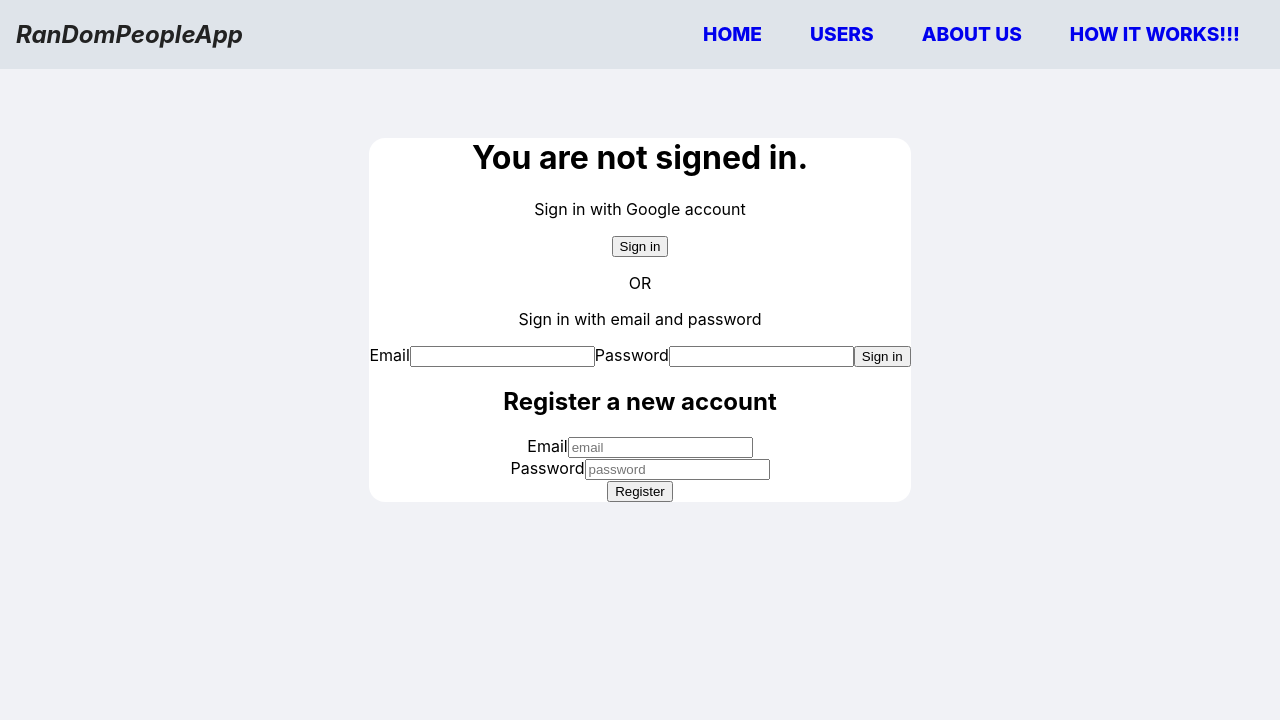
Repository: MikkyPrestige/RandomProfiles
Page: /profile
An editor plug-in stored every save of this project. The page is shown before and after the next save, followed by the edit.
The browser window is 1280 px wide. The pictures show the whole page.
The project was rebuilt for these pictures with package versions that can differ from the ones it lists, and the page was loaded fresh each time. Also part of the build but not shown: src/assets/styles/home.css, src/components/avatar.jsx, src/components/home.jsx, src/assets/styles/users.css, src/components/users.jsx, src/assets/styles/search.css, src/components/search.jsx, src/assets/styles/help.css and 6 more.

Above is the page before, as saved 2022-11-30 02:41:29.

### public/index.html
<!DOCTYPE html>
<html lang="en">

<head>
  <meta charset="utf-8" />
  <link rel="icon" href="%PUBLIC_URL%/favicon.ico" />
  <meta name="viewport" content="width=device-width, initial-scale=1" />
  <meta name="theme-color" content="#000000" />
  <meta name="description" content="Web site created using create-react-app" />
  <link rel="apple-touch-icon" href="%PUBLIC_URL%/logo192.png" />
  <!--
      manifest.json provides metadata used when your web app is installed on a
      user's mobile device or desktop. See https://developers.google.com/web/fundamentals/web-app-manifest/
    -->
  <link rel="manifest" href="%PUBLIC_URL%/manifest.json" />
  <!--
      Notice the use of %PUBLIC_URL% in the tags above.
      It will be replaced with the URL of the `public` folder during the build.
      Only files inside the `public` folder can be referenced from the HTML.

      Unlike "/favicon.ico" or "favicon.ico", "%PUBLIC_URL%/favicon.ico" will
      work correctly both with client-side routing and a non-root public URL.
      Learn how to configure a non-root public URL by running `npm run build`.
    -->
  <title>AltSchool Assignment 2</title>
</head>

<body>
  <noscript>You need to enable JavaScript to run this app.</noscript>
  <div id="root"></div>
  <!--
      This HTML file is a template.
      If you open it directly in the browser, you will see an empty page.

      You can add webfonts, meta tags, or analytics to this file.
      The build step will place the bundled scripts into the <body> tag.

      To begin the development, run `npm start` or `yarn start`.
      To create a production bundle, use `npm run build` or `yarn build`.
    -->
</body>

</html>

### src/index.css
body {
  margin: 0;
  font-family: -apple-system, BlinkMacSystemFont, 'Segoe UI', 'Roboto', 'Oxygen',
    'Ubuntu', 'Cantarell', 'Fira Sans', 'Droid Sans', 'Helvetica Neue',
    sans-serif;
  -webkit-font-smoothing: antialiased;
  -moz-osx-font-smoothing: grayscale;
  background-color: #f1f2f6;
}

code {
  font-family: source-code-pro, Menlo, Monaco, Consolas, 'Courier New',
    monospace;
}

### src/App.jsx
import * as React from "react";
import { ErrorBoundary } from "react-error-boundary";
import { Route, Routes } from "react-router-dom";
import {
  Layout,
  Home,
  Users,
  Search,
  Help,
  About,
  Error,
  ErrorFallBack,
  Profile,
  // Footer,
} from "./components";

const App = () => {
  return (
    <div className="App">
      <main>
        <ErrorBoundary FallbackComponent={ErrorFallBack}>
          <Layout />
          <Routes>
            <Route path="/" element={<Home />} />
            <Route path="users">
              <Route index element={<Users />} />
              <Route path=":id" element={<Search />} />
            </Route>
            <Route path="profile" element={<Profile />} />
            <Route path="help" element={<Help />} />
            <Route path="about" element={<About />} />
            <Route path="*" element={<Error />} />
          </Routes>
        </ErrorBoundary>
        {/* <Footer /> */}
      </main>
    </div>
  );
};

export default App;

### src/components/index.js
export { default as Layout } from "./layout";
export { default as Home } from "./home";
export { default as Users } from "./users";
export { default as Search } from "./search";
export { default as Help } from "./help";
export { default as About } from "./about";
export { default as Error } from "./error";
export { default as ErrorFallBack } from "./errorFallback";
export { default as Profile } from "./profile";
export { Footer } from "./avatar";

### src/components/layout.jsx
// LAYOUT COMPONENT - This component is for the App Layout that displays the Navigation bar in the app UI to the user when app is open

import { NavLink } from "react-router-dom";
import "../assets/styles/layout.css";

const CustomNavLink = ({ to, ...props }) => {
  let activeStyle = {
    textDecoration: 'underline',
    color: 'red',
  };

  return (
    <NavLink
      style={({ isActive }) =>
        isActive ? activeStyle : { textDecoration: 'none' }
      }
      to={to}
      end
      {...props}
    />
  );
};


const Layout = () => {

  return (
    <nav className="layout">
      <div className="app-header">
        <h1>RanDomPeopleApp</h1>
      </div>
      <div className="nav__items">
        <CustomNavLink to="/" className="nav__item">Home</CustomNavLink>
        <CustomNavLink to="users" className="nav__item">Users</CustomNavLink>
        <CustomNavLink to="about" className="nav__item">About us</CustomNavLink>
        <CustomNavLink to="help" className="nav__item">How it works!!!</CustomNavLink>
      </div>
    </nav>
  );
}

export default Layout;

### src/components/profile.jsx
import {
  signInWithRedirect,
  auth,
  provider,
  getRedirectResult,
  onAuthStateChanged,
  createUserWithEmailAndPassword,
  signInWithEmailAndPassword,
  signOut,
  deleteUser,
} from "../config";
import { useEffect, useState } from "react";
import { Avatar } from "./avatar";
import "../assets/styles/profile.css";

const Profile = () => {
  const [user, setUser] = useState(null);
  const [signedIn, setSignedIn] = useState(false);
  const [email, setEmail] = useState("");
  const [password, setPassword] = useState("");
  const [error, setError] = useState(null);

  // handle register form
  const handleRegister = (e) => {
    e.preventDefault();
    createUserWithEmailAndPassword(auth, email, password)
      .then(() => {
        // Signed in
        console.log("User account created & signed in!");
      })
      .catch((error) => {
        if (error.code === "auth/email-already-in-use") {
          setError("This email address is already in use!");
        }
        if (error.code === "auth/invalid-email") {
          setError("This email address is invalid!");
        }
        console.error(error);
      });
  };

  // sign in with email and password
  const handleSignIn = (e) => {
    e.preventDefault();
    signInWithEmailAndPassword(auth, email, password)
      .then(() => {
        console.log("User signed in!");
      })
      .catch((error) => {
        if (error.code === "auth/wrong-password") {
          setError("Wrong password!");
        }
        if (error.code === "auth/user-not-found") {
          setError("User not found!");
        }
        console.error(error);
      });
  };

  // handle onchange
  const handleChange = (e) => {
    const { name, value } = e.target;
    if (name === "email") {
      setEmail(value);
    }
    if (name === "password") {
      setPassword(value);
    }
  };

  // handle sign In
  const signIn = (e) => {
    e.preventDefault();
    signInWithRedirect(auth, provider);
  };

  // handle sign out
  const handleSignOut = (e) => {
    e.preventDefault();
    signOut(auth)
      .then(() => {
        console.log("User signed out!");
      })
      .catch((error) => {
        console.error(error);
      });
  };

  // handle delete user
  const handleDelete = (e) => {
    e.preventDefault();
    deleteUser(auth.currentUser)
      .then(() => {
        console.log("User deleted!");
      })
      .catch((error) => {
        console.error(error);
      });
  };

  // Get redirect result
  useEffect(() => {
    getRedirectResult(auth)
      .then((result) => {
        if (result) {
          setSignedIn(true);
          // navigate("/users");
        } else {
          // console.log("No user");
        }
      })
      .catch((error) => {
        console.log(error);
      });
  }, []);

  // Check auth state
  useEffect(() => {
    onAuthStateChanged(auth, (user) => {
      if (user) {
        // destructure user
        const { displayName, photoURL, email, phoneNumber } = user;
        // set user state
        setUser({ displayName, photoURL, email, phoneNumber });
        // navigate("/users");
      } else {
        setUser(null);
      }
    });
  }, []);

  return (
    <div className="profile">
      <div className="profile__container">
        <div className="profile__desc">
          {user ? (
            <div className="profile__user">
              <h1 className="profile__title">Welcome, you are signed in.</h1>
              <Avatar image={user.photoURL} alt="user" className="profile__avatar" />
              <p className="profile__name"><strong>Sign in account name: </strong>{user.displayName}</p>
              <p className="profile__text"><strong>Signed in email: </strong>{user.email}</p>
              <p>{user.phoneNumber}</p>
              <div className="profile__btn">
                <button onClick={handleSignOut} className="sign__btn">
                  Sign Out
                </button>
                <button onClick={handleDelete} className="sign__btn">
                  Delete Account
                </button>
              </div>
            </div>
          ) : (
            <div className="profile__user">
              <div className="profile__form">
                <h1 className="profile__title">You are not signed in.</h1>
                <p className="profile__head">Sign in with Google account</p>
                <button onClick={signIn} className="sign__btn">
                  Sign in
                </button>
                <p className="or">OR</p>
                <p className="profile__head">Sign in with email and password</p>
                <form onSubmit={handleSignIn} className="profile__form">
                  <label htmlFor="email">Email</label>
                  <input
                    type="email"
                    name="email"
                    id="email"
                    value={email}
                    onChange={handleChange}
                  />
                  <label htmlFor="password">Password</label>
                  <input
                    type="password"
                    name="password"
                    id="password"
                    value={password}
                    onChange={handleChange}
                  />
                  {error && <p className="error">{error}</p>}
                  <button type="submit" className="sign__btn">
                    Sign in
                  </button>
                </form>
              </div>
              <h2 className="register">Register a new account </h2>
              <form onSubmit={handleRegister} className="register__form">
                <div className="register__group">
                  <label htmlFor="email" className="register__label">
                    Email
                  </label>
                  <input
                    type="email"
                    name="email"
                    placeholder="email"
                    value={email}
                    onChange={handleChange}
                    className="register__input"
                  />
                  {error && <p className="error">{error}</p>}
                </div>
                <div className="profile__group">
                  <label htmlFor="password" className="register__label">
                    Password
                  </label>
                  <input
                    type="password"
                    name="password"
                    placeholder="password"
                    value={password}
                    onChange={handleChange}
                    className="register__input"
                  />
                </div>
                <button type="submit" className="sign__btn">
                  Register
                </button>
              </form>
            </div>
          )}
        </div>
      </div>
    </div>
  );
};

export default Profile;

### src/assets/styles/layout.css
.layout {
  background-color: #dfe4ea;
  padding: 0rem 1rem;
  color: #222;
  display: flex;
  align-items: center;
  justify-content: space-between;
}

.app-header {
  font-style: italic;
}

.nav__items {
  display: flex;
  align-items: center;
  list-style: none;
  flex-wrap: wrap;
}

.nav__item {
  font-size: 1.2rem;
  font-weight: 800;
  padding: 1rem 1.5rem;
  text-transform: uppercase;
}

.attribution {
  text-align: center;
}

.footer {
  color: #222;
  text-decoration: none;
  cursor: pointer;
  font-style: italic;
  font-weight: 600;
}

### src/config/index.js
// Import the functions you need from the SDKs you need
import { initializeApp } from "firebase/app";
import {
  getAuth,
  signInWithRedirect,
  GoogleAuthProvider,
  getRedirectResult,
  onAuthStateChanged,
  createUserWithEmailAndPassword,
  signInWithEmailAndPassword,
  signOut,
  deleteUser
} from "firebase/auth";

// web app's Firebase configuration
const firebaseConfig = {
  apiKey: "AIzaSyCfrfw6chi091bWLqJvanxAUTxgJ5XqEu0",
  authDomain: "random-people-app.firebaseapp.com",
  projectId: "random-people-app",
  storageBucket: "random-people-app.appspot.com",
  messagingSenderId: "1097586453252",
  appId: "1:1097586453252:web:4575afe7663a752ae77e51",
};

// Initialize Firebase
const app = initializeApp(firebaseConfig);
// Setup Google auth provider
const provider = new GoogleAuthProvider();

const auth = getAuth();

export {
  app,
  provider,
  auth,
  signInWithRedirect,
  getRedirectResult,
  onAuthStateChanged,
  createUserWithEmailAndPassword,
  signInWithEmailAndPassword,
  signOut,
  deleteUser
};

### src/assets/styles/profile.css
.profile {
  padding: 2rem;
  height: 100%;
}

.profile__container {
  display: flex;
  flex-direction: column;
  align-items: center;
  justify-content: center;
  height: 100%;
}

.profile__desc {
  margin-top: 1rem;
  text-align: center;
}

.profile__user {
  background-color: #fff;
  border-radius: 1rem;
  height: 100%;
  max-width: 100rem;
  width: 100%;

}

Loaded but not shown: src/index.js (common file)

After the next save:
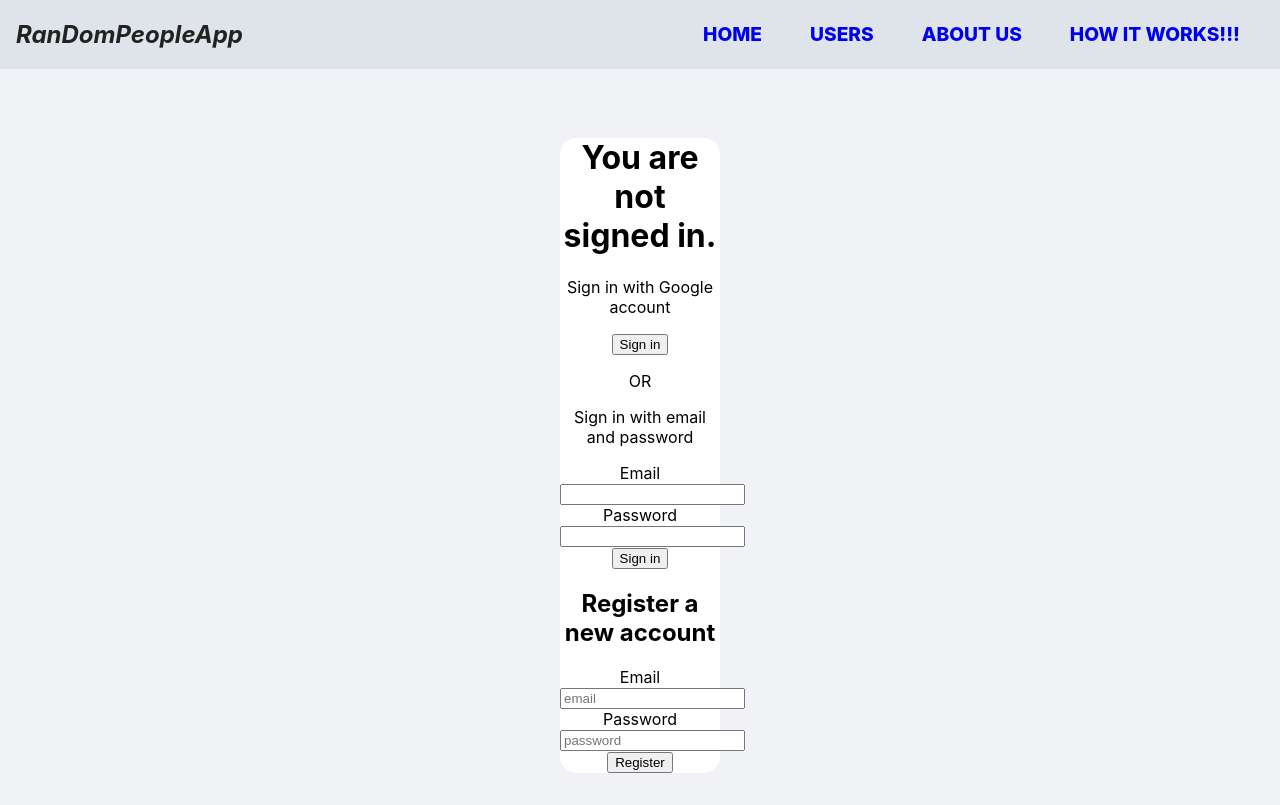
Saved 9 s later.
--- a/src/assets/styles/profile.css
+++ b/src/assets/styles/profile.css
@@ -20,7 +20,7 @@
   background-color: #fff;
   border-radius: 1rem;
   height: 100%;
-  max-width: 100rem;
+  max-width: 10rem;
   width: 100%;
 
 }

After the save that followed:
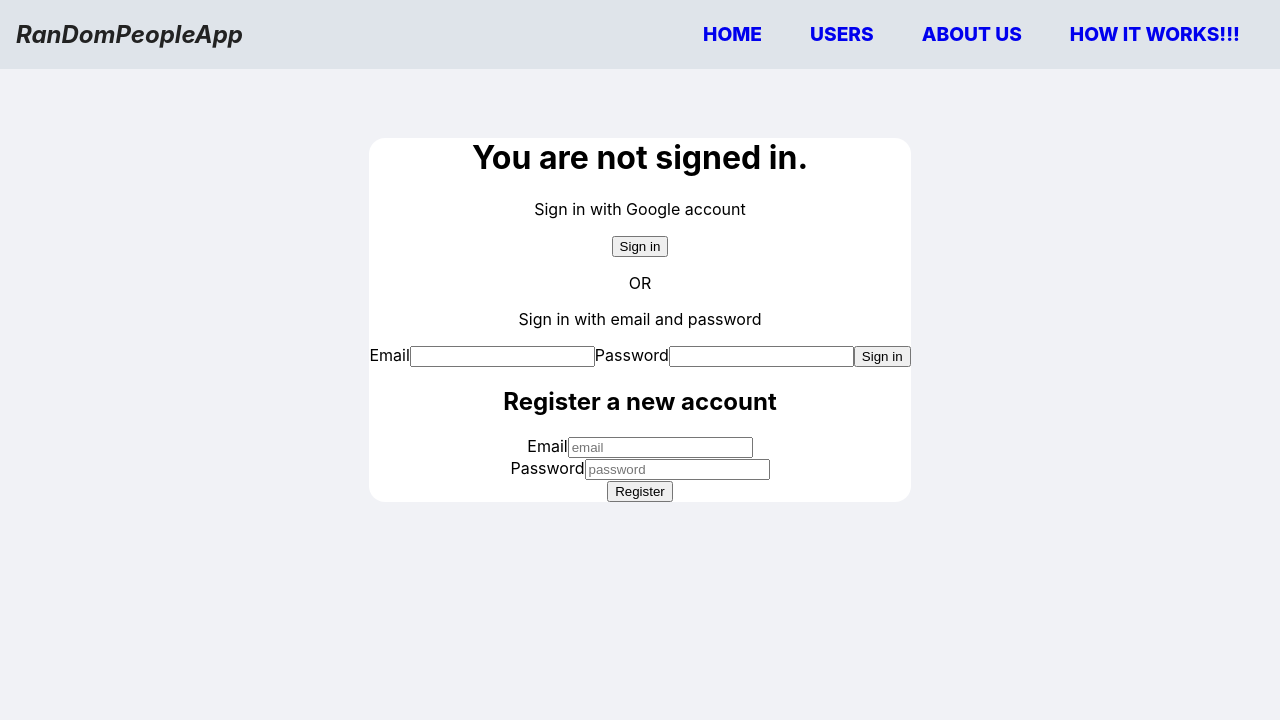
Saved 4 s later.
--- a/src/assets/styles/profile.css
+++ b/src/assets/styles/profile.css
@@ -20,7 +20,7 @@
   background-color: #fff;
   border-radius: 1rem;
   height: 100%;
-  max-width: 10rem;
+  max-width: 1000rem;
   width: 100%;
 
 }
